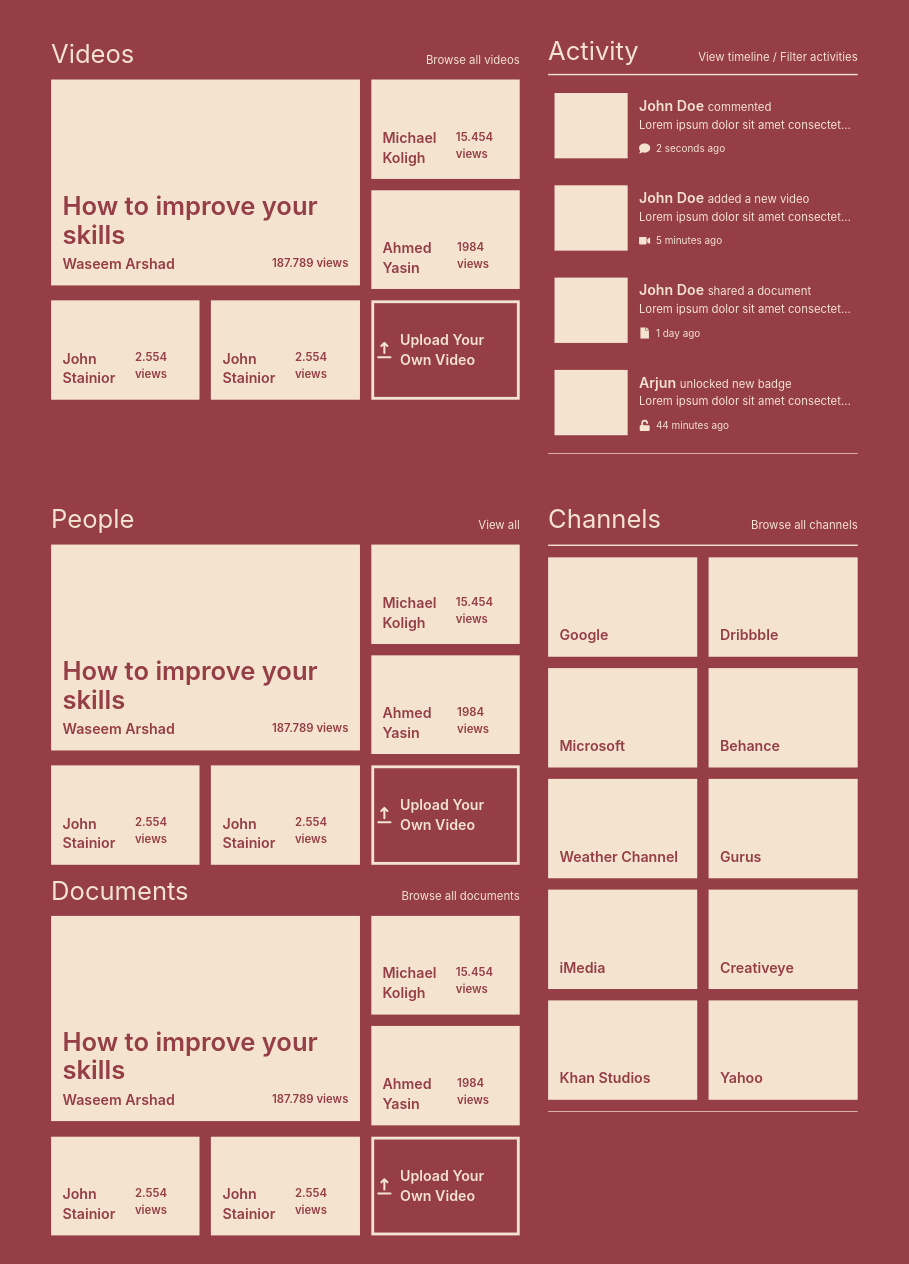
Repository: farrelmuhammad/test-salt
Page: /
The author's editor kept a copy of each file at every save. The page is drawn from the files as they stood at one save, then again after the next save.
The browser window is 1280 px wide. The pictures show the whole page, at 71% of full size.
Pictures or frames that could not be fetched are drawn as grey boxes. The project was rebuilt for these pictures with package versions that can differ from the ones it lists, and the page was loaded fresh each time. Also part of the build but not shown: src/App.css.

Above is the page before, as saved 2022-11-21 17:09:48.

After the next save:
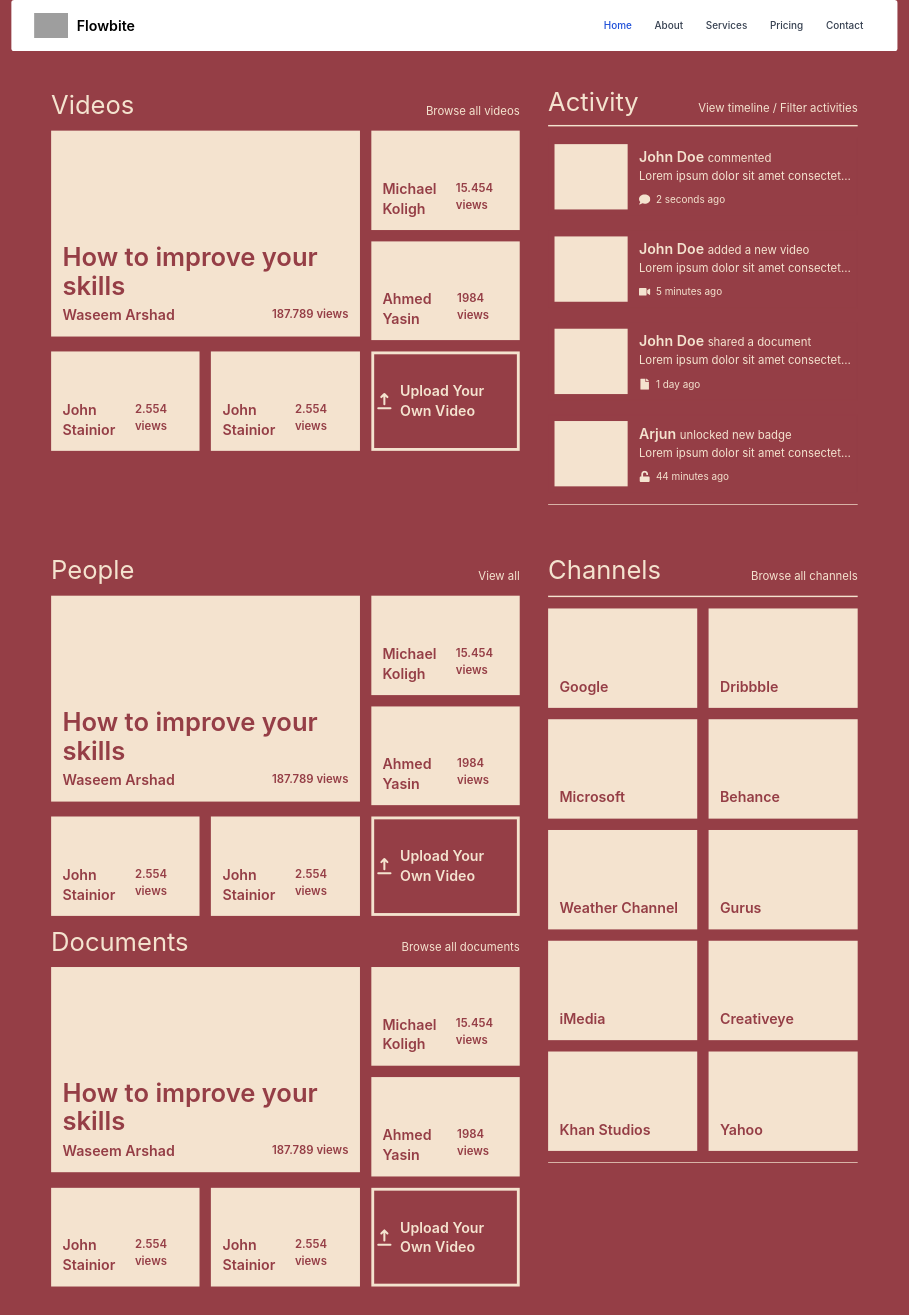
Saved 18 s later.
--- a/src/App.js
+++ b/src/App.js
@@ -5,11 +5,13 @@ import Channels from "./components/Channels";
 import Activity from "./components/Activity";
 import People from "./components/People";
 import Document from "./components/People copy";
+import Navbar from "./components/Navbar";
 
 function App() {
   return (
     <>
       <div className="container">
+        <Navbar />
         <div class="flex grid-cols-2 gap-2 m-10">
           <div className="flex-auto w-64">
             <Box />
